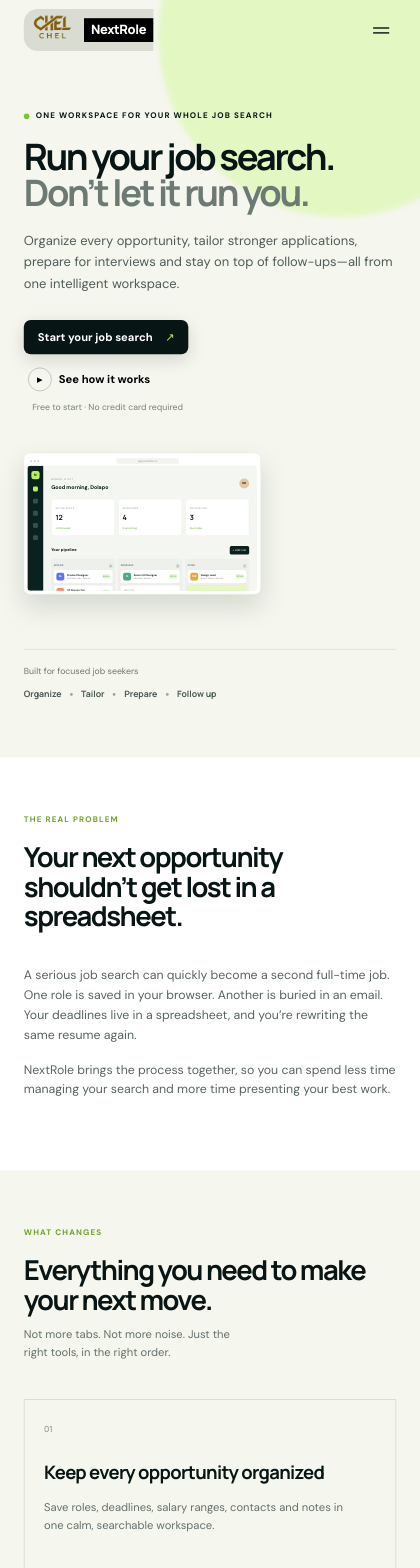
Repository: Lovethrech/NextRole-Nuxt-Portfolio
Page: /
An editor plug-in stored every save of this project. The page is shown before and after the next save, followed by the edit.
The browser window is 600 px wide. The pictures show the part of the page from y = 0 to 2240 px (the page is 6767 px tall), at 70% of full size.
The project was rebuilt for these pictures with package versions that can differ from the ones it lists, and the page was loaded fresh each time. The framework's server and built-in components were replaced by stand-ins that run in the browser. Also part of the build but not shown: nuxt.config.js.

Above is the page before, as saved 2026-09-12 17:22:51.

After the next save:
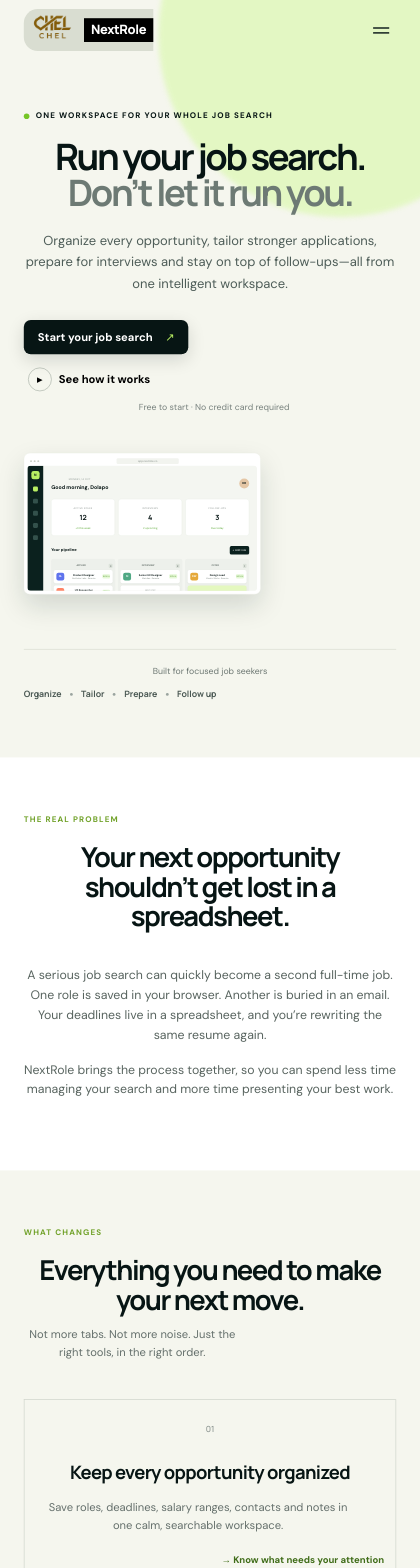
Saved 59 s later.
--- a/assets/css/main.css
+++ b/assets/css/main.css
@@ -606,7 +606,7 @@
 }
 
 @media(max-width:750px){
-    .container{width:min(100% - 68px,1180px);
+    .container{width:min(100% - 68px,1180px); text-align: center;
     }
     .hero h1{font-size:3.25rem;
     }

After the save that followed:
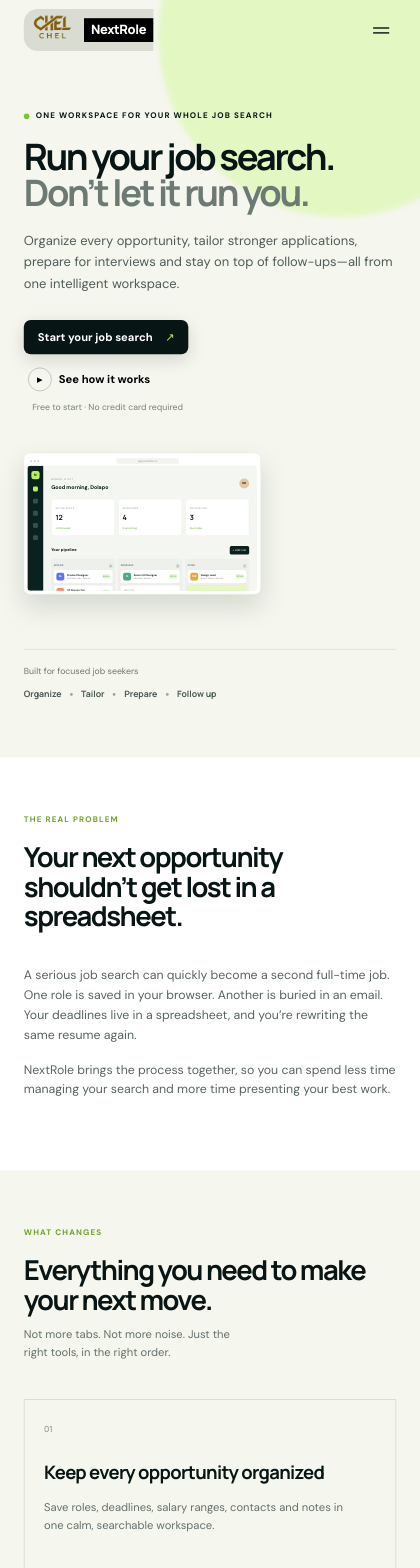
Saved 9 s later.
--- a/assets/css/main.css
+++ b/assets/css/main.css
@@ -606,7 +606,7 @@
 }
 
 @media(max-width:750px){
-    .container{width:min(100% - 68px,1180px); text-align: center;
+    .container{width:min(100% - 68px,1180px);
     }
     .hero h1{font-size:3.25rem;
     }
